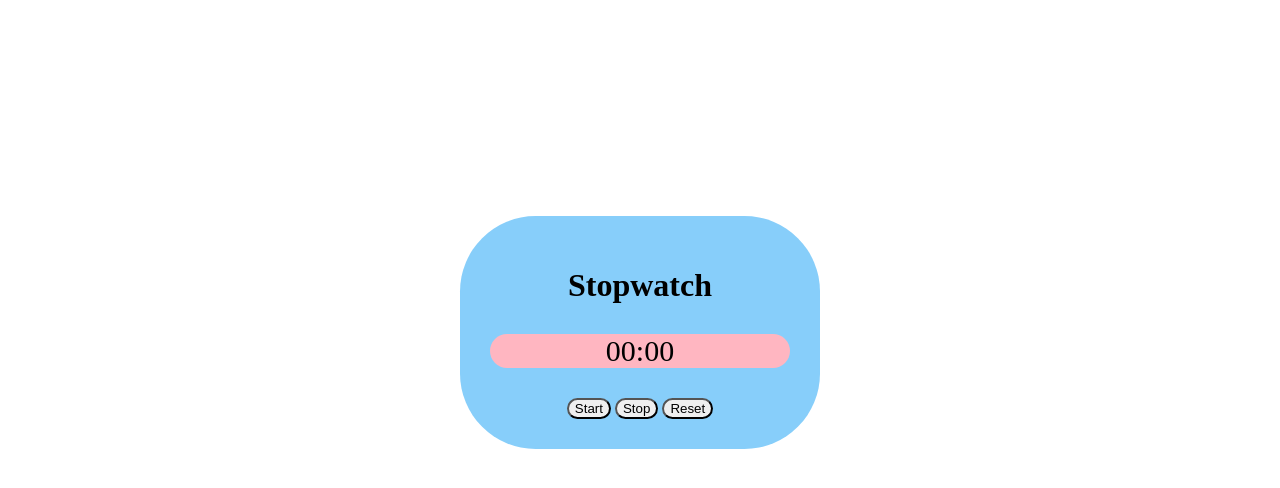
Repository: LeyaAbraham/web-dev
Page: clock.html
An editor plug-in stored every save of this project. The page is shown before and after the next save, followed by the edit.
The browser window is 1280 px wide. The pictures show the whole page.

Above is the page before, as saved 2021-01-05 23:19:33.

After the next save:
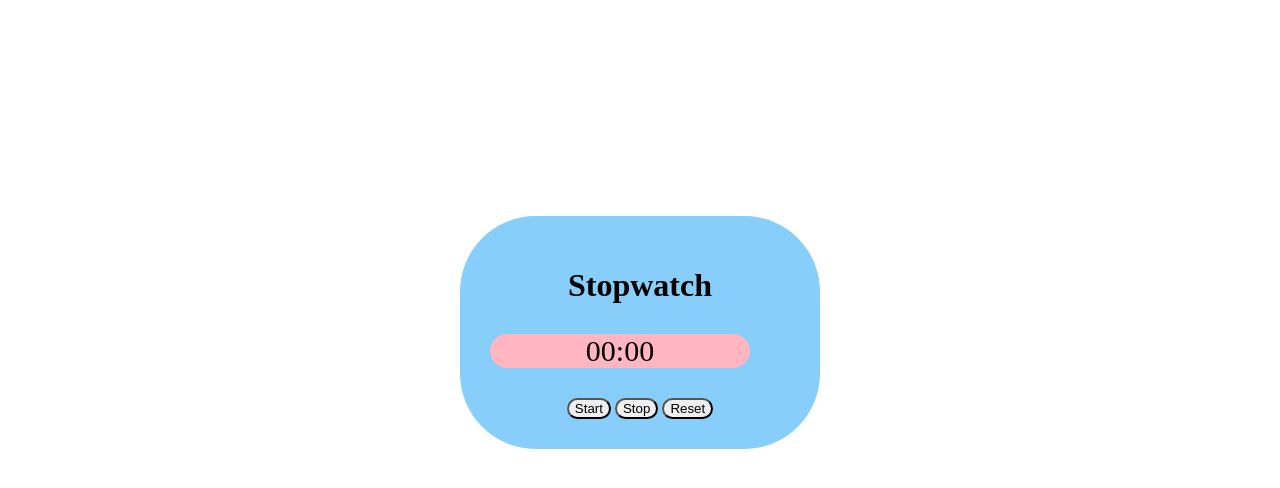
Saved 23 s later.
--- a/style.css
+++ b/style.css
@@ -29,7 +29,7 @@ p {
     width: 100px;
     border-radius: 1cm;
     text-align: center;
-    padding-right: 100px;
-    padding-left: 100px;
+    padding-right: 80px;
+    padding-left: 80px;
 
 }
